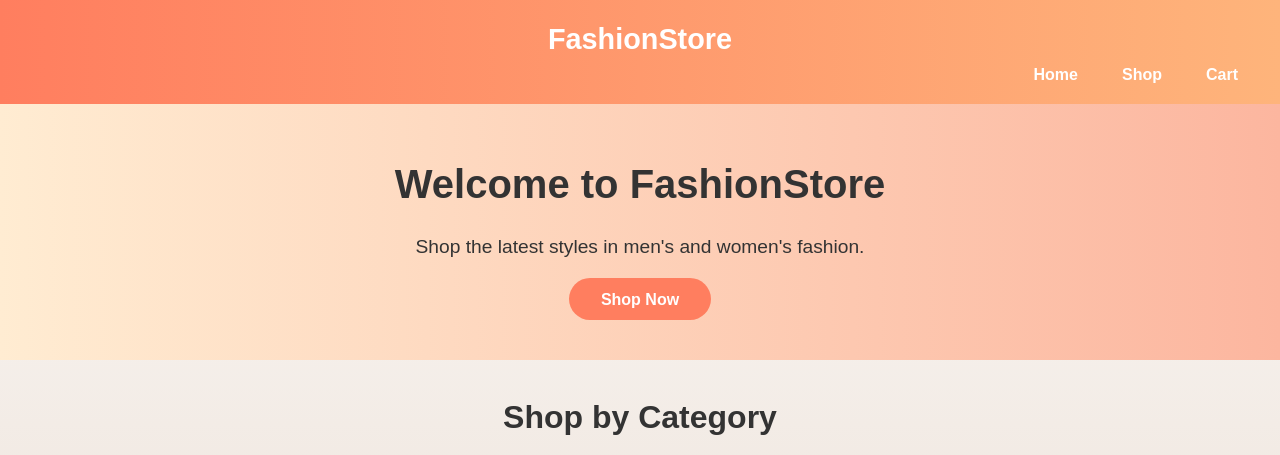
Repository: Patience225/ecommerce-app
Page: index.html
The author's editor kept a copy of each file at every save. The page is drawn from the files as they stood at one save, then again after a run of saves.
The browser window is 1280 px wide. The pictures show the part of the page from y = 0 to 455 px (the page is 1137 px tall before and 1162 px after).
A picture or video elsewhere on the page could not be fetched, so the positions and the page height are approximate.

Above is the page before, as saved 2025-01-28 03:27:29.
Console error: TypeError: Cannot read properties of null (reading 'addEventListener')

### index.html
<!DOCTYPE html>
<html lang="en">
<head>
  <meta charset="UTF-8">
  <meta name="viewport" content="width=device-width, initial-scale=1.0">
  <title>Fashion Store | Home</title>
  <link rel="stylesheet" href="css/styles.css">
</head>
<body>
  <header>
    <nav>
      <div class="logo">FashionStore</div>
      <ul class="nav-links">
        <li><a href="index.html">Home</a></li>
        <li><a href="products.html">Shop</a></li>
        <li><a href="cart.html">Cart</a></li>
      </ul>
    </nav>
  </header>

  <main>
    <!-- Hero Section -->
    <section class="hero">
      <h1>Welcome to FashionStore</h1>
      <p>Shop the latest styles in men's and women's fashion.</p>
      <a href="products.html" class="cta-button">Shop Now</a>
    </section>

    <!-- Categories Section -->
    <section class="categories">
      <h2>Shop by Category</h2>
      <div class="category-grid">
        <div class="category-item">
          <img src="images/mens-fashion.jpg" alt="Men's Fashion">
          <a href="products.html?category=mens" class="category-link">Men's Wear</a>
        </div>
        <div class="category-item">
          <img src="images/womens-fashion.jpg" alt="Women's Fashion">
          <a href="products.html?category=womens" class="category-link">Women's Wear</a>
        </div>
      </div>
    </section>

    <!-- Featured Products Section -->
    <section class="featured-products">
      <h2>Featured Products</h2>
      <div id="featured-products-container" class="product-grid">
        <!-- Featured products will be dynamically loaded here -->
      </div>
    </section>
  </main>

  <label for="review">Leave a Review</label>
  <textarea id="review" name="review" rows="4" required></textarea>
  <button type="submit">Submit Review</button>

  <footer>
    <p>&copy; 2025 FashionStore. All rights reserved.</p>
  </footer>

  <script src="js/script.js"></script>
</body>
</html>

### css/styles.css
/* General Reset */
* {
  margin: 0;
  padding: 0;
  box-sizing: border-box;
}

body {
  font-family: 'Arial', sans-serif;
  line-height: 1.6;
  color: #333;
  background: linear-gradient(to bottom, #fdfcfb, #e2d1c3); /* Merged backgrounds */
  overflow-x: hidden;
  animation: fadeIn 0.5s ease-in-out;
}

/* Dark Mode styles */
body.dark-mode {
  background-color: #121212;
  color: white;
}

button {
  background-color: #ff6f61;
  transition: background-color 0.3s, transform 0.2s;
}

/* Light Mode styles */
body.light-mode {
  background-color: white;
  color: black;
}


/* Header Styles */
header {
  background: linear-gradient(to right, #ff7e5f, #feb47b); /* Kept gradient for aesthetics */
  color: white;
  padding: 1rem 2rem;
  text-align: center;
}

header .logo {
  font-size: 1.8rem;
  font-weight: bold;
}

header .nav-links {
  display: flex;
  list-style: none;
  gap: 1.5rem;
  justify-content: flex-end;
}

header .nav-links li {
  margin: 0 10px; /* Merged inline styles */
}

header .nav-links li a {
  text-decoration: none;
  color: white;
  font-weight: bold;
  transition: color 0.3s;
}

header .nav-links li a:hover {
  color: #333;
}

/* Hero Section */
.hero {
  text-align: center;
  padding: 3rem 1rem;
  background: linear-gradient(to right, #ffecd2, #fcb69f);
  color: #333;
}

.hero h1 {
  font-size: 2.5rem;
  margin-bottom: 1rem;
}

.hero p {
  margin-bottom: 1.5rem;
  font-size: 1.2rem;
}

.hero .cta-button {
  text-decoration: none;
  padding: 0.8rem 2rem;
  background: #ff7e5f;
  color: white;
  font-weight: bold;
  border-radius: 25px;
  transition: background 0.3s;
}

.hero .cta-button:hover {
  background: #feb47b;
}

/* Categories Section */
.categories {
  padding: 2rem 1rem;
  text-align: center;
}

.categories h2 {
  margin-bottom: 2rem;
  font-size: 2rem;
}

.category-grid {
  display: flex;
  gap: 1.5rem;
  justify-content: center;
  flex-wrap: wrap;
}

.category-item {
  flex: 1 1 calc(40% - 2rem);
  max-width: 400px;
  overflow: hidden;
  border-radius: 15px;
  box-shadow: 0 4px 8px rgba(0, 0, 0, 0.1);
  transition: transform 0.3s;
}

.category-item img {
  width: 100%;
  height: auto;
  display: block;
}

.category-item .category-link {
  display: block;
  padding: 1rem;
  text-decoration: none;
  font-weight: bold;
  color: white;
  background: #333;
  text-align: center;
}

.category-item:hover {
  transform: scale(1.05);
}

/* Featured Products Section */
.featured-products {
  padding: 2rem 1rem;
  background: linear-gradient(to bottom, #e2d1c3, #f7f1e3);
  text-align: center;
}

.featured-products h2 {
  margin-bottom: 2rem;
  font-size: 2rem;
}

.product-grid {
  display: flex;
  gap: 1.5rem;
  justify-content: center;
  flex-wrap: wrap;
}

.product-grid .product {
  flex: 1 1 calc(30% - 2rem);
  max-width: 300px;
  overflow: hidden;
  border-radius: 15px;
  box-shadow: 0 4px 8px rgba(0, 0, 0, 0.1);
  text-align: center;
  background: white;
  transition: transform 0.3s;
}

.product-grid .product img {
  width: 100%;
  height: auto;
  display: block;
}

.product-grid .product h3 {
  margin: 1rem 0;
}

.product-grid .product p {
  color: #666;
  margin-bottom: 1rem;
}

.product-grid .product button {
  padding: 0.8rem 1.5rem;
  background: #ff7e5f;
  border: none;
  color: white;
  font-weight: bold;
  border-radius: 25px;
  cursor: pointer;
  transition: background 0.3s;
}

.product-grid .product button:hover {
  background: #feb47b;
}

/* Checkout Form Styles */
.checkout-details {
  background-color: white;
  padding: 20px;
  border-radius: 8px;
  box-shadow: 0 4px 8px rgba(0, 0, 0, 0.1);
  margin-top: 20px;
}

.checkout-details input,
.checkout-details textarea,
.checkout-details select {
  width: 100%;
  padding: 10px;
  margin-bottom: 15px;
  border: 1px solid #ccc;
  border-radius: 4px;
}

.checkout-details button {
  background-color: #ff6f61;
  color: white;
  padding: 12px 20px;
  border: none;
  border-radius: 4px;
  font-size: 16px;
  cursor: pointer;
  transition: background-color 0.3s ease;
}

.checkout-details button:hover {
  background-color: #e0554b;
}

/* Cart Styles */
.cart-item {
  display: flex;
  justify-content: space-between;
  align-items: center;
  margin-bottom: 15px;
  background-color: #fff;
  padding: 10px;
  border-radius: 8px;
  box-shadow: 0 2px 6px rgba(0, 0, 0, 0.1);
  transition: transform 0.3s ease;
  animation: cartAnimation 0.3s ease-out;
  animation: slideIn 0.3s ease-in-out;
}

.cart-item:hover {
  transform: translateY(-5px);
}

.cart-item img {
  max-width: 50px;
  margin-right: 15px;
}

.cart-item-details {
  flex-grow: 1;
}

.cart-item input[type="number"] {
  width: 60px;
  padding: 5px;
}

.remove-item {
  background-color: #ff6f61;
  color: white;
  padding: 8px;
  border: none;
  border-radius: 4px;
  cursor: pointer;
}

.remove-item:hover {
  background-color: #e0554b;
}

/* Animations for the Cart */
@keyframes cartAnimation {
  0% {
    opacity: 0;
    transform: translateY(-20px);
  }
  100% {
    opacity: 1;
    transform: translateY(0);
  }
}

@keyframes fadeIn {
  from {
      opacity: 0;
  }
  to {
      opacity: 1;
  }
}

@keyframes slideIn {
  from {
      transform: translateX(-100%);
      opacity: 0;
  }
  to {
      transform: translateX(0);
      opacity: 1;
  }
}

button:hover {
  background-color: #d35d56;
  transform: scale(1.05);
}


.products-container {
  display: flex;
  flex-wrap: wrap;
  justify-content: space-between;
  gap: 20px;
}

.product-item {
  flex: 0 1 30%;
  background-color: #fff;
  padding: 15px;
  border-radius: 8px;
  box-shadow: 0 2px 5px rgba(0, 0, 0, 0.1);
}


@keyframes fadeIn {
  0% { opacity: 0; }
  100% { opacity: 1; }
}

.page {
  animation: fadeIn 0.5s ease-in-out;
}

/* Responsive Design */
@media (max-width: 768px) {
  .products-container {
      flex-direction: column;
      align-items: center;
  }

  .product-item {
      width: 90%;
  }

  nav a {
      display: block;
      margin: 10px 0;
  }
}


/* Footer */
footer {
  text-align: center;
  padding: 1rem;
  background: #333;
  color: white;
  font-size: 0.9rem;
}

### js/script.js
document.addEventListener('DOMContentLoaded', () => {
  const productGrid = document.getElementById('product-grid');

  // Fetch products from JSON file
  fetch('data/products.json')
    .then(response => response.json())
    .then(products => {
      products.forEach(product => {
        // Create product card
        const productCard = document.createElement('div');
        productCard.classList.add('product');

        productCard.innerHTML = `
          <img src="${product.image}" alt="${product.name}">
          <h3>${product.name}</h3>
          <p>$${product.price.toFixed(2)}</p>
          <button data-id="${product.id}" class="add-to-cart">Add to Cart</button>
        `;

        productGrid.appendChild(productCard);
      });
    })
    .catch(error => console.error('Error loading products:', error));
});

// Filter products based on search query
function filterProducts(query) {
  const filteredProducts = products.filter(product =>
      product.name.toLowerCase().includes(query.toLowerCase())
  );
  displayProducts(filteredProducts);
}

document.querySelector('#search-input').addEventListener('input', function () {
  filterProducts(this.value);
});

function addReview(productId, rating, comment) {
  const product = products.find(p => p.id === productId);
  if (!product.reviews) product.reviews = [];
  product.reviews.push({ rating, comment });

  localStorage.setItem('products', JSON.stringify(products));
  alert('Review added!');
}

let wishlist = JSON.parse(localStorage.getItem('wishlist')) || [];

function addToWishlist(productId) {
    if (!wishlist.includes(productId)) {
        wishlist.push(productId);
        localStorage.setItem('wishlist', JSON.stringify(wishlist));
        alert('Added to Wishlist!');
    } else {
        alert('Already in Wishlist');
    }
}

### data/products.json
[
  {
    "id": 1,
    "name": "Men's Casual Shirt",
    "price": 25.99,
    "category": "mens",
    "image": "images/mens-casual-shirt.jpg"
  },
  {
    "id": 2,
    "name": "Men's Formal Blazer",
    "price": 75.49,
    "category": "mens",
    "image": "images/mens-blazer.jpg"
  },
  {
    "id": 3,
    "name": "Men's Sneakers",
    "price": 45.99,
    "category": "mens",
    "image": "images/mens-sneakers.jpg"
  },
  {
    "id": 4,
    "name": "Women's Summer Dress",
    "price": 30.99,
    "category": "womens",
    "image": "images/womens-dress.jpg"
  },
  {
    "id": 5,
    "name": "Women's Handbag",
    "price": 50.99,
    "category": "womens",
    "image": "images/womens-handbag.jpg"
  },
  {
    "id": 6,
    "name": "Women's Heels",
    "price": 40.99,
    "category": "womens",
    "image": "images/womens-heels.jpg"
  }
]

After the next 3 saves:
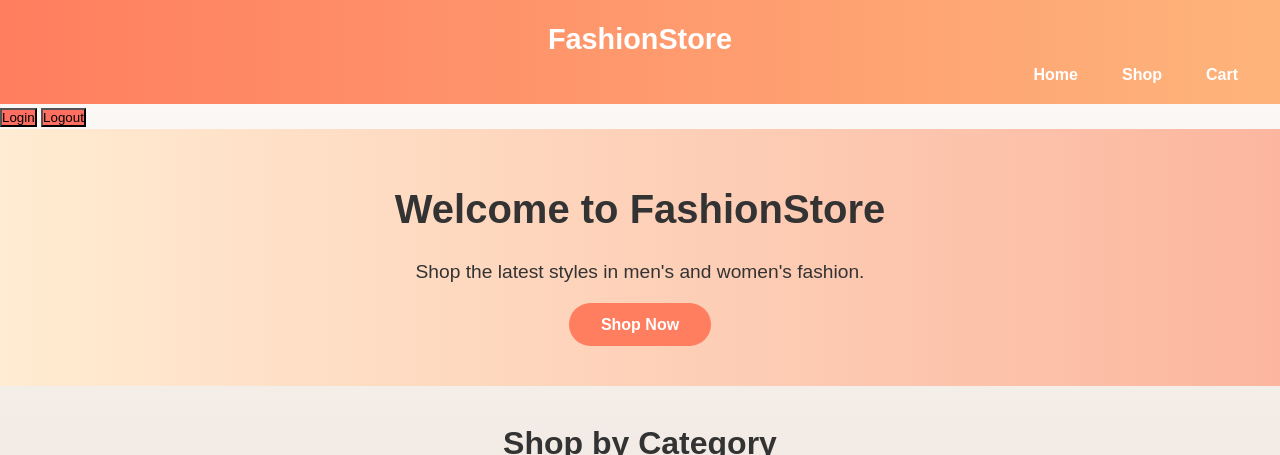
The 3 saves are shown as one change because they came seconds apart.
The last was saved 2 min 19 s later.
--- a/index.html
+++ b/index.html
@@ -17,6 +17,10 @@
       </ul>
     </nav>
   </header>
+
+  <button onclick="login('JohnDoe')">Login</button>
+<button onclick="logout()">Logout</button>
+
 
   <main>
     <!-- Hero Section -->
